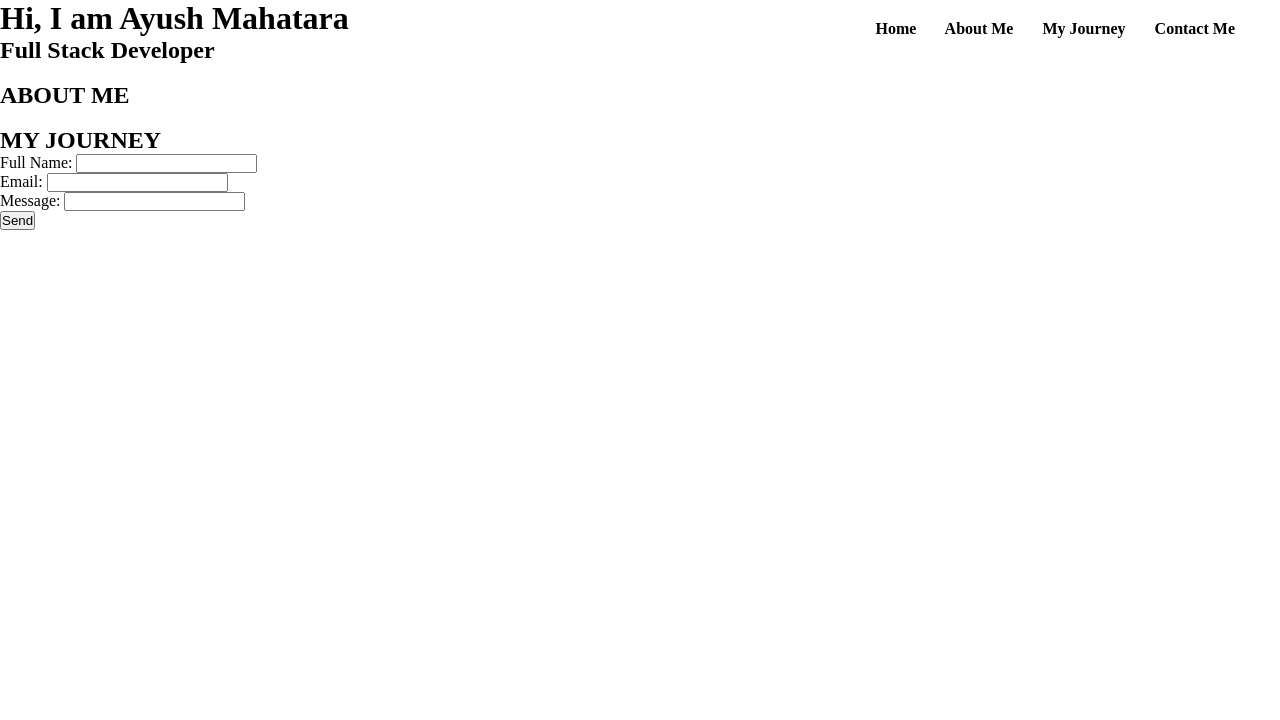
Repository: AyushMahatara/personal-website
Page: New folder/index.html
The author's editor kept a copy of each file at every save. The page is drawn from the files as they stood at one save, then again after the next save.
The browser window is 1280 px wide. The pictures show the whole page.
Backgrounds fixed to the window are drawn as part of the page.

Above is the page before, as saved 2023-07-20 16:41:33.

After the next save:
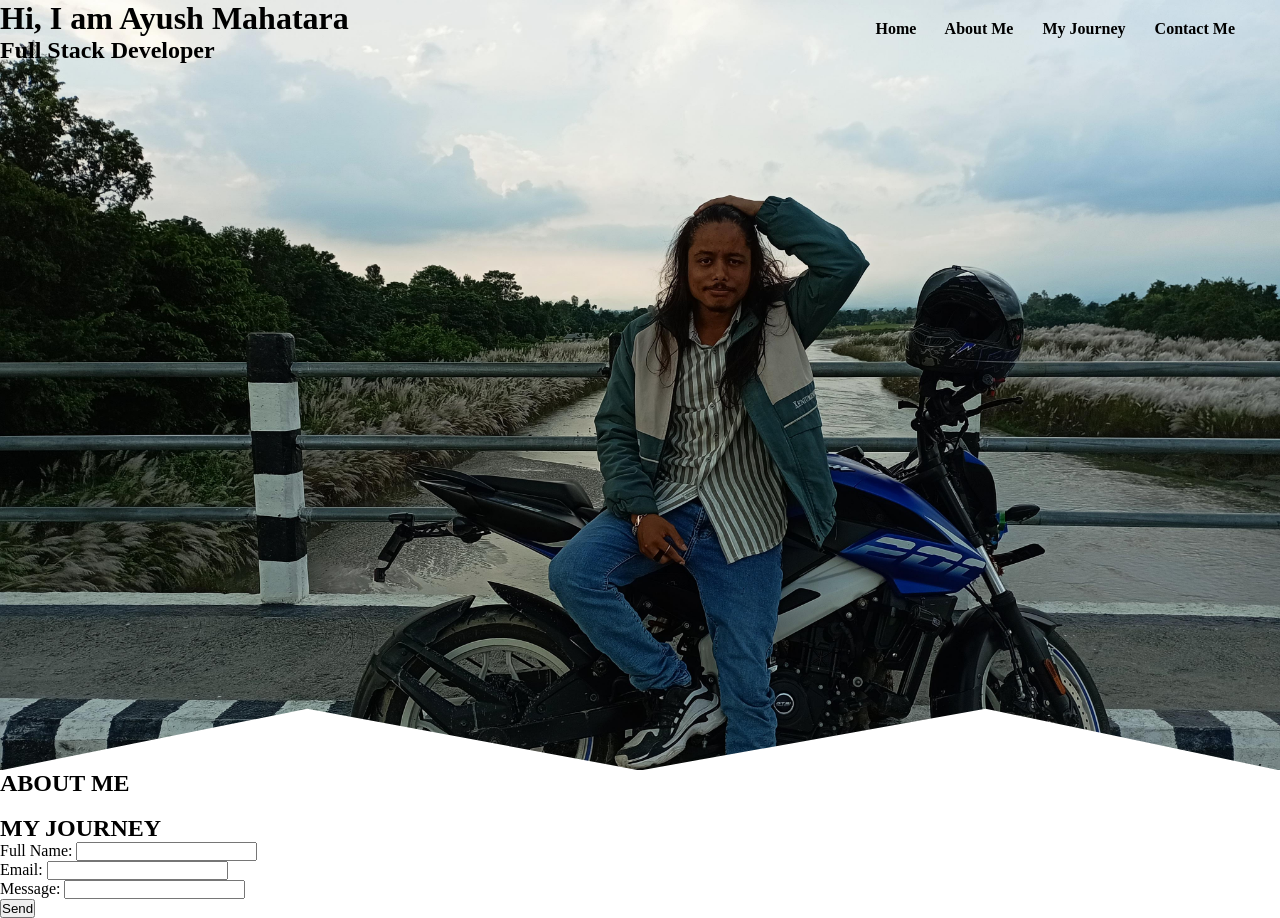
Saved 2 s later.
--- a/New folder/style.css
+++ b/New folder/style.css
@@ -3,7 +3,7 @@
   padding: 0;
   text-decoration: none;
 }
-/* header {
+header {
   background-image: url("/background.jpg");
   background-size: cover;
   background-position: top;
@@ -21,8 +21,9 @@
     100% 100%,
     100% 0
   );
+
   overflow: hidden;
-} */
+}
 
 nav {
   float: right;
